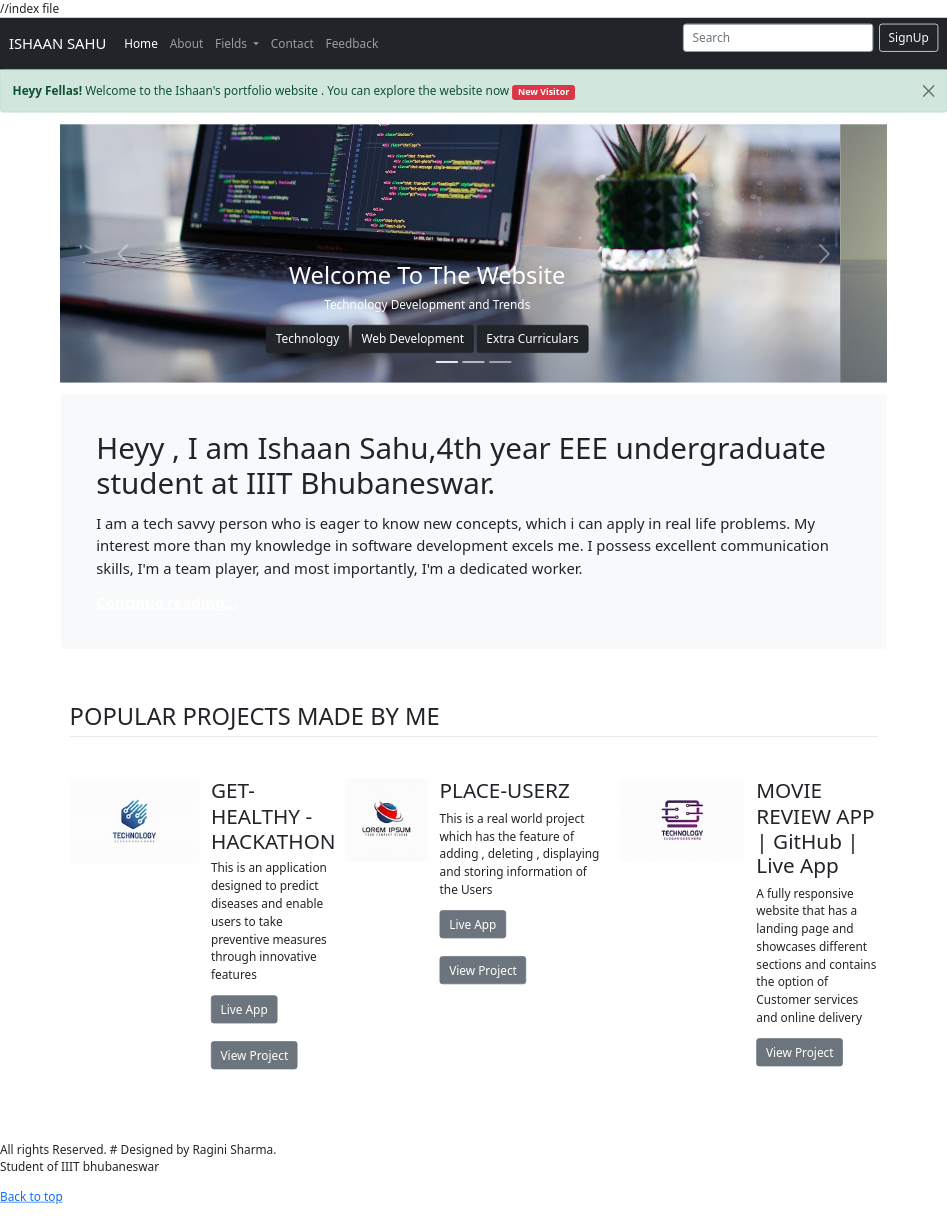
Repository: ishaan51551/Ishaan-s-Portfolio-
Page: index.html
These files come from the project's save history. The page is drawn as it stood at one moment and after a run of saves; the edit follows.
The browser window is 1280 px wide. The pictures show the whole page, at 74% of full size.

Above is the page before, as saved 2023-09-13 01:37:41.

### index.html
//index file

</body>

</html>

<!doctype html>
<html lang="en">

<head>
  <!-- Required meta tags -->
  <meta charset="utf-8">
  <meta name="viewport" content="width=device-width, initial-scale=1">

  <!-- Bootstrap CSS -->
  <link href="https://cdn.jsdelivr.net/npm/bootstrap@5.1.1/dist/css/bootstrap.min.css" rel="stylesheet"
    integrity="sha384-F3w7mX95PdgyTmZZMECAngseQB83DfGTowi0iMjiWaeVhAn4FJkqJByhZMI3AhiU" crossorigin="anonymous">

  <title>Ishaan Sahu Portfolio</title>
</head>

<body>
  <!-- FOR NAVBAR -->
  <nav class="navbar navbar-expand-lg navbar-dark bg-dark">
    <div class="container-fluid">
      <a class="navbar-brand" href="#">ISHAAN SAHU </a>
      <button class="navbar-toggler" type="button" data-bs-toggle="collapse" data-bs-target="#navbarSupportedContent"
        aria-controls="navbarSupportedContent" aria-expanded="false" aria-label="Toggle navigation">
        <span class="navbar-toggler-icon"></span>
      </button>
      <div class="collapse navbar-collapse" id="navbarSupportedContent">
        <ul class="navbar-nav me-auto mb-2 mb-lg-0">
          <li class="nav-item">
            <a class="nav-link active" aria-current="page" href="#">Home</a>
          </li>
          <li class="nav-item">
            <a class="nav-link" href="/about.html">About</a>
          </li>
          <li class="nav-item dropdown">
            <a class="nav-link dropdown-toggle" href="#" id="navbarDropdown" role="button" data-bs-toggle="dropdown"
              aria-expanded="false">
              Fields
            </a>
            <ul class="dropdown-menu" aria-labelledby="navbarDropdown">
              <li><a class="dropdown-item" href="programming.html">Programming</a></li>
              <li><a class="dropdown-item" href="webdev.html">Web Devlopment</a></li>
              <li>
                <hr class="dropdown-divider">
              </li>
              <li><a class="dropdown-item" href="extracurricular.html">Extra Curricular</a></li>
            </ul>
          </li>
          <li class="nav-item">
            <a class="nav-link " aria-current="page" href="contact.html">Contact</a>
          </li>

          <li class="nav-item">
            <a class="nav-link" href="feedback.html">Feedback</a>

          </li>

        </ul>
        <form class="d-flex">
          <input class="form-control me-2" type="search" placeholder="Search" aria-label="Search">
          <button class="btn btn-outline-light" type="submit" data-bs-toggle="modal"
            data-bs-target="#SignUpModal">SignUp</button>


        </form>
      </div>
    </div>
  </nav>





  <!-- Optional JavaScript; choose one of the two! -->

  <!-- Option 1: Bootstrap Bundle with Popper -->
  <script src="https://cdn.jsdelivr.net/npm/bootstrap@5.1.1/dist/js/bootstrap.bundle.min.js"
    integrity="sha384-/bQdsTh/da6pkI1MST/rWKFNjaCP5gBSY4sEBT38Q/9RBh9AH40zEOg7Hlq2THRZ"
    crossorigin="anonymous"></script>

  <!-- Option 2: Separate Popper and Bootstrap JS -->
  <!--
    <script src="https://cdn.jsdelivr.net/npm/@popperjs/core@2.9.3/dist/umd/popper.min.js" integrity="sha384-W8fXfP3gkOKtndU4JGtKDvXbO53Wy8SZCQHczT5FMiiqmQfUpWbYdTil/SxwZgAN" crossorigin="anonymous"></script>
    <script src="https://cdn.jsdelivr.net/npm/bootstrap@5.1.1/dist/js/bootstrap.min.js" integrity="sha384-skAcpIdS7UcVUC05LJ9Dxay8AXcDYfBJqt1CJ85S/CFujBsIzCIv+l9liuYLaMQ/" crossorigin="anonymous"></script>
    -->


  <!-- Button trigger modal -->
  <!-- <button type="button" class="btn btn-primary" data-bs-toggle="modal" data-bs-target="#signUp Modal">
    Launch demo modal
  </button>  -->





  <!-- FOR DISMISSING ALERT  -->
  <div class="alert alert-success alert-dismissible fade show" role="alert">
    <strong>Heyy Fellas!</strong> Welcome to the Ishaan's portfolio website . You can explore the website now
    <!--for including badge--><span class="badge bg-danger">New Visitor</span>
    <button type="button" class="btn-close" data-bs-dismiss="alert" aria-label="Close"></button>
  </div>


  <!-- FOR BACKGROUND SLIDER PICTURE -->
  <div class="container my-2">
    <div id="carouselExampleCaptions" class="carousel slide carousal-fade" data-bs-ride="carousel">
      <div class="carousel-indicators">
        <button type="button" data-bs-target="#carouselExampleCaptions" data-bs-slide-to="0" class="active"
          aria-current="true" aria-label="Slide 1"></button>
        <button type="button" data-bs-target="#carouselExampleCaptions" data-bs-slide-to="1"
          aria-label="Slide 2"></button>
        <button type="button" data-bs-target="#carouselExampleCaptions" data-bs-slide-to="2"
          aria-label="Slide 3"></button>
      </div>
      <div class="carousel-inner">
        <div class="carousel-item active">
          <img src="2.jpg" class="d-block w-100" alt="...">
          <div class="carousel-caption d-none d-md-block">
            <h2>Welcome To The Website</h2>
            <p>Technology Development and Trends</p>
            <button class="btn btn-dark">Technology</button>
            <button class="btn btn-dark">Web Development</button>
            <button class="btn btn-dark">Extra Curriculars</button>
          </div>
        </div>
        <div class="carousel-item">
          <img src="1.jpg" class="d-block w-100" alt="...">
          <div class="carousel-caption d-none d-md-block">
            <h2>Explore More On The Website</h2>
            <p>Technology Development and Trends</p>
            <button class="btn btn-dark">Programming</button>
            <button class="btn btn-dark">Web Development</button>
            <button class="btn btn-dark">Extra Curriculars</button>
          </div>
        </div>
        <div class="carousel-item">
          <img src="3.jpg" class="d-block w-100" alt="...">
          <div class="carousel-caption d-none d-md-block">
            <h2>Know More About Ishaan</h2>
            <p>Technology Development and Trends</p>
            <button class="btn btn-dark">Technology</button>
            <button class="btn btn-dark">Web Development</button>
            <button class="btn btn-dark">Extra Curriculars</button>
          </div>
        </div>
      </div>
      <button class="carousel-control-prev" type="button" data-bs-target="#carouselExampleCaptions"
        data-bs-slide="prev">
        <span class="carousel-control-prev-icon" aria-hidden="true"></span>
        <span class="visually-hidden">Previous</span>
      </button>
      <button class="carousel-control-next" type="button" data-bs-target="#carouselExampleCaptions"
        data-bs-slide="next">
        <span class="carousel-control-next-icon" aria-hidden="true"></span>
        <span class="visually-hidden">Next</span>
      </button>
    </div>
  </div>


  <!-- TEXT WRITTEN -->
  <div class="container my-3 ml-auto mr-auto mx-auto">
    <div class="p-4 p-md-5 mb-4 text-dark rounded bg-light">
      <div class="col-md-0 px-0">
        <h1 class="display-8 ">Heyy , I am Ishaan Sahu,4th year EEE undergraduate student at IIIT Bhubaneswar.</h1>
        <p class="lead my-3">I am a tech savvy person who is eager to
          know new concepts, which i can apply in
          real life problems. My interest more than
          my knowledge in software development
          excels me. I possess excellent communication skills, I'm a team player, and most importantly, I'm a dedicated
          worker.</p>
        <p class="lead mb-0"><a href="#" class="text-white fw-bold">Continue reading...</a></p>
      </div>
    </div>
  </div>



  <!-- PROJECTS -->

  <div class="container px-4 py-5" id="hanging-icons">
    <h2 class="pb-2 border-bottom"> POPULAR PROJECTS MADE BY ME </h2>
    <div class="row g-4 py-5 row-cols-1 row-cols-lg-3">
      <div class="col d-flex align-items-start">
        <div class="icon-square bg-light text-dark flex-shrink-0 me-3">
          <img src="bg1.jfif" href="#">

        </div>
        <div>
          <h3>GET-HEALTHY - HACKATHON </h3>
          <p>This is an application designed to predict diseases and enable users to take preventive measures through
            innovative features</p>
          <a href="https://main--jolly-bublanina-f06289.netlify.app" class="btn btn-secondary">
            Live App
          </a>
          <br>
          <br>
          <a href="https://github.com/ishaan51551/Get-Healthy.git" class="btn btn-secondary">
            View Project
          </a>
        </div>
      </div>
      <div class="col d-flex align-items-start">
        <div class="icon-square bg-light text-dark flex-shrink-0 me-3">
          <img src="bg3.jfif" href="#">
        </div>
        <div>
          <h3>PLACE-USERZ</h3>
          <p>This is a real world project which has the feature of adding , deleting , displaying and storing
            information of the Users</p>
          <a href="https://willowy-rabanadas-835b18.netlify.app" class="btn btn-secondary">
            Live App
          </a>
          <br>
          <br>
          <a href="https://github.com/ishaan51551/Place-Userz-App.git" class="btn btn-secondary">
            View Project
          </a>
        </div>
      </div>
      <div class="col d-flex align-items-start">
        <div class="icon-square bg-light text-dark flex-shrink-0 me-3">
          <img src="bg4.jfif" href="#">
        </div>
        <div>
          <h3>MOVIE REVIEW  APP  |                                                                                          GitHub | Live App
          </h3>
          <p>A fully responsive website that has a landing page and showcases different sections and contains the option
            of Customer services and online delivery </p>
          <a href="https://ragini-sharma21.github.io/online-food-delivery-website/" class="btn btn-secondary">
            View Project
          </a>
        </div>
      </div>
    </div>
  </div>
  </div>

  <!-- FOOTER -->
  <footer class="blog-footer">
    <p>All rights Reserved. # Designed by Ragini Sharma.</br>
      Student of IIIT bhubaneswar</p>
    <p>
      <a href="#">Back to top</a>
    </p>
  </footer>
</body>

</html>

After the next 2 saves:
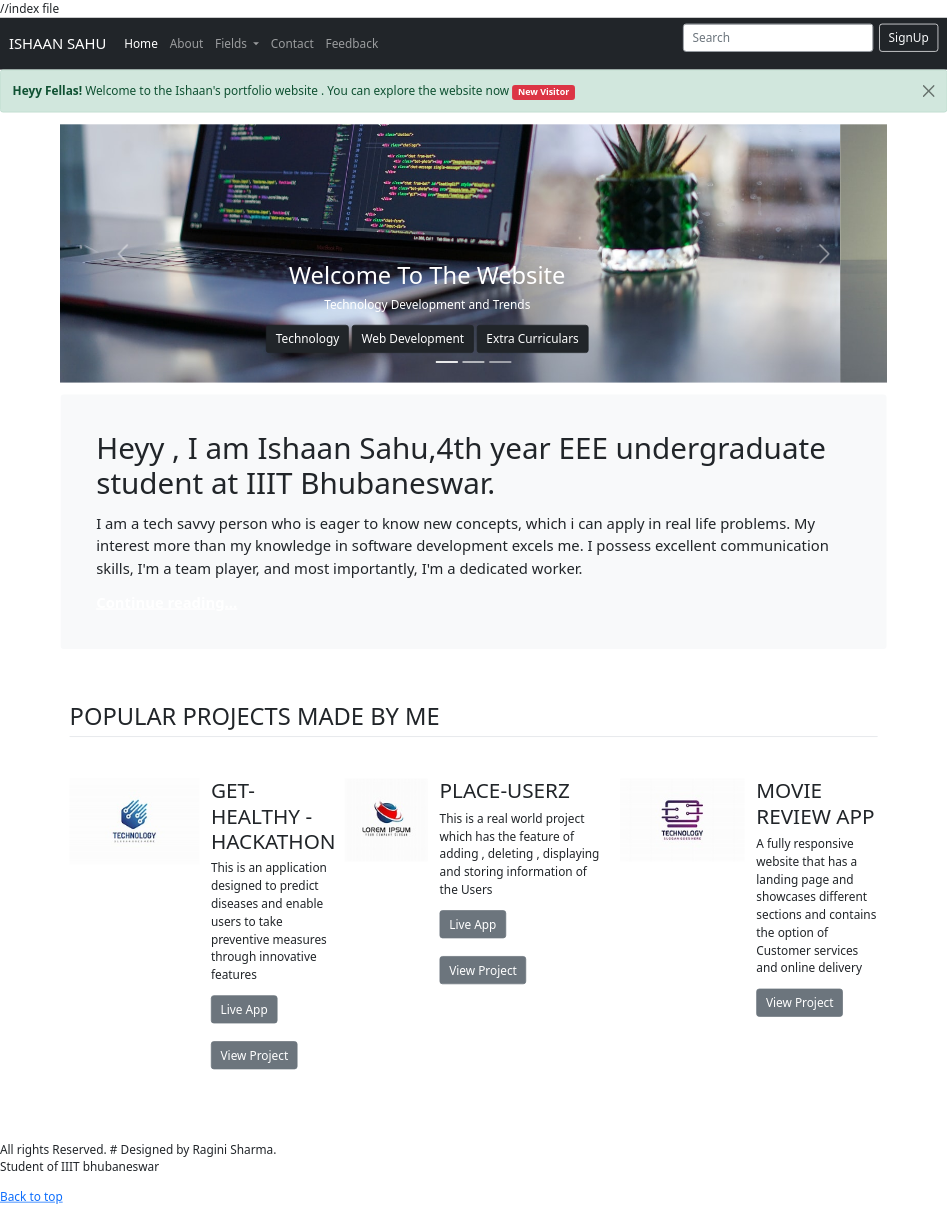
The 2 saves are shown as one change because they came seconds apart.
The last was saved 13 s later.
--- a/index.html
+++ b/index.html
@@ -228,8 +228,7 @@
           <img src="bg4.jfif" href="#">
         </div>
         <div>
-          <h3>MOVIE REVIEW  APP  |                                                                                          GitHub | Live App
-          </h3>
+          <h3>MOVIE REVIEW  APP</h3>
           <p>A fully responsive website that has a landing page and showcases different sections and contains the option
             of Customer services and online delivery </p>
           <a href="https://ragini-sharma21.github.io/online-food-delivery-website/" class="btn btn-secondary">
